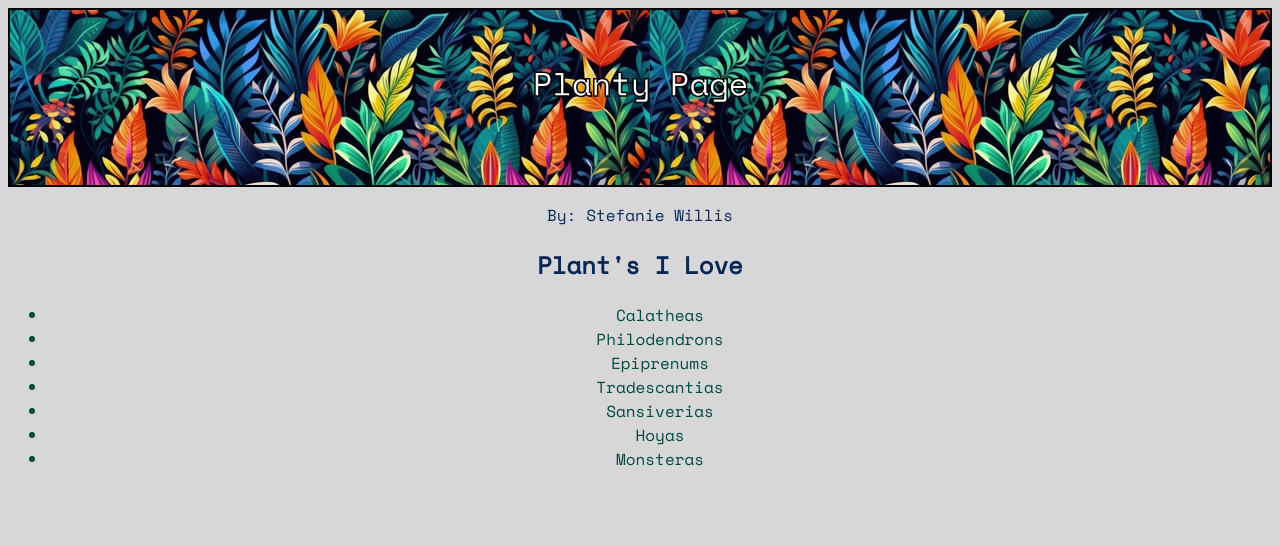
Repository: swillis91/odin-recipies
Page: Planty Page/index.html
These files come from the project's save history. The page is drawn as it stood at one moment and after the next save; the edit follows.
The browser window is 1280 px wide. The pictures show the whole page.

Above is the page before, as saved 2023-08-14 23:15:25.

After the next save:
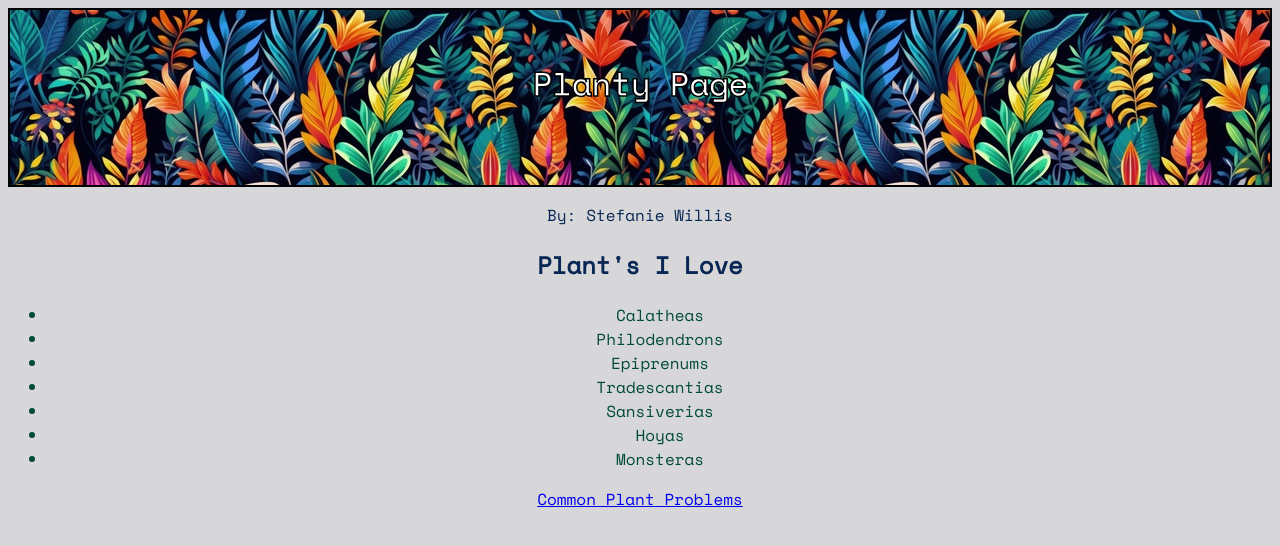
Saved 86 s later.
--- a/Planty Page/index.html
+++ b/Planty Page/index.html
@@ -22,5 +22,8 @@
                     <li>Monsteras</li>
                  </ul>
             </div>
+            <div class="navigation">
+                <a href="./problems.html">Common Plant Problems</a>
+            </div>
         </body>
     </html>
